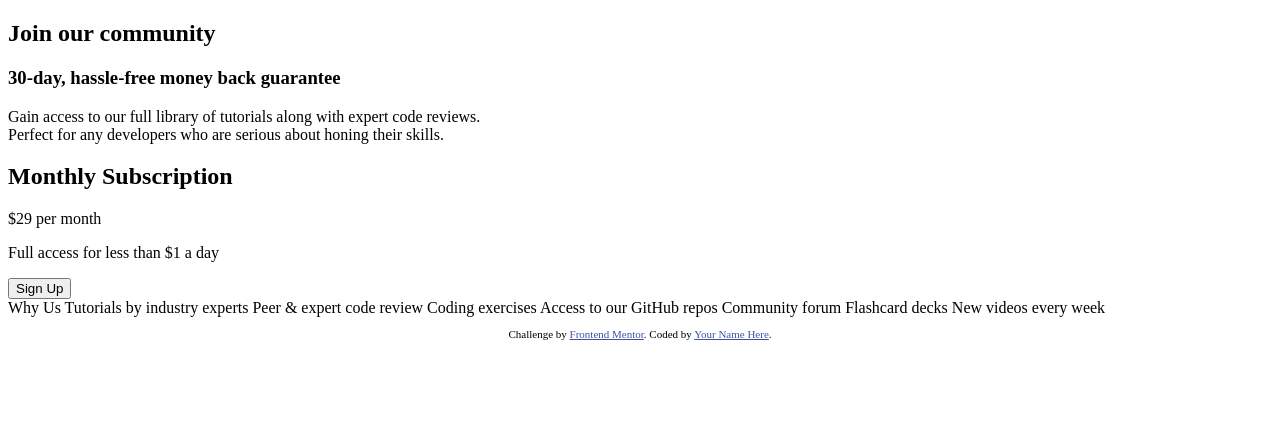
Repository: jminervino/PriceGridComponent
Page: index.html
An editor plug-in stored every save of this project. The page is shown before and after the next save, followed by the edit.
The browser window is 1280 px wide. The pictures show the whole page.

Above is the page before, as saved 2022-02-08 11:25:26.

After the next save:
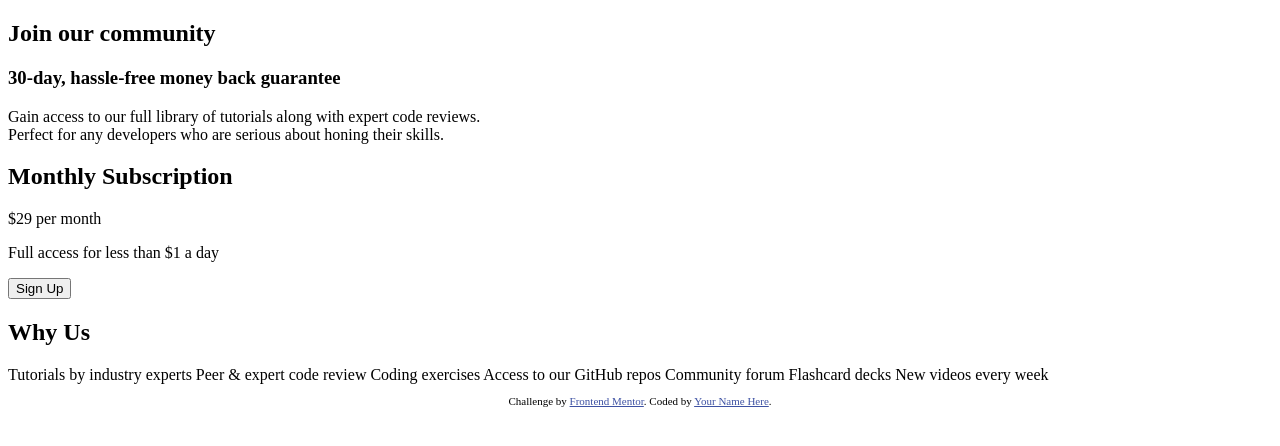
Saved 34 s later.
--- a/index.html
+++ b/index.html
@@ -36,7 +36,7 @@
                <button>Sign Up</button>
             </div>
             <div>
-                Why Us
+                <h2>Why Us</h2>
 
                 Tutorials by industry experts
                 Peer &amp; expert code review
